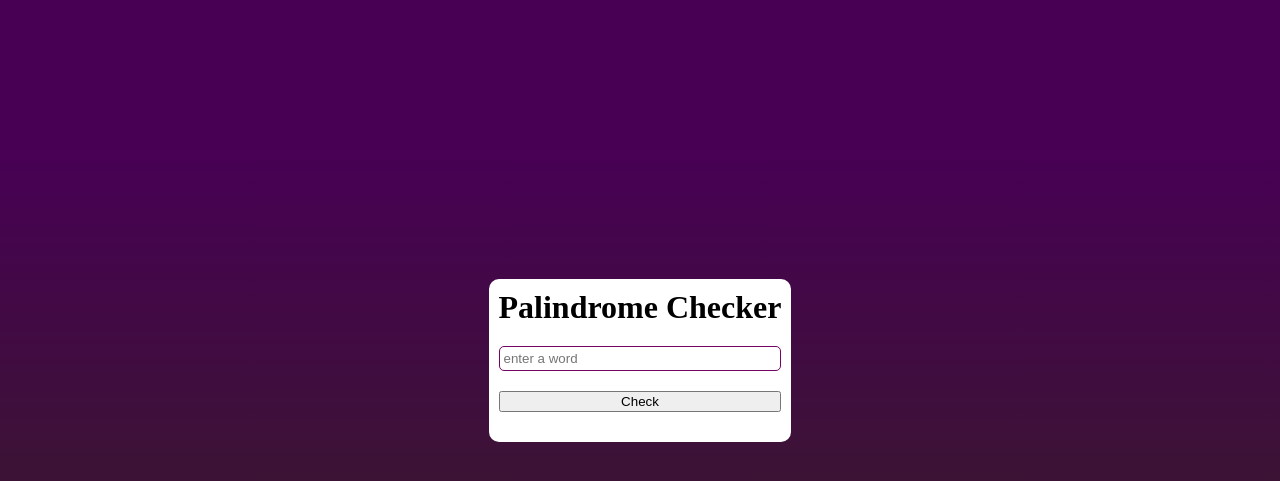
Repository: albinsabu2023/palindromeChecker
Page: index.html
These files come from the project's save history. The page is drawn as it stood at one moment and after a run of saves; the edit follows.
The browser window is 1280 px wide. The pictures show the whole page.

Above is the page before, as saved 2023-09-12 01:19:42.

After the next 3 saves:
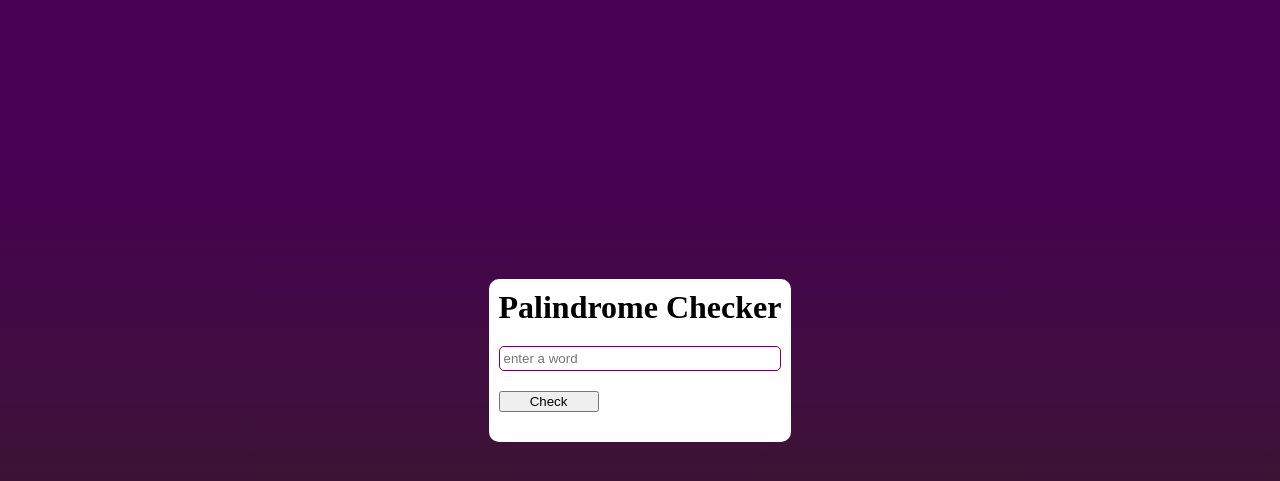
The 3 saves are shown as one change because they came seconds apart.
The last was saved 14 s later.
--- a/style.css
+++ b/style.css
@@ -27,5 +27,5 @@ body{
     outline: none;
 }
 .container button{
-    width: contain;
+    width: 100px;
 }
